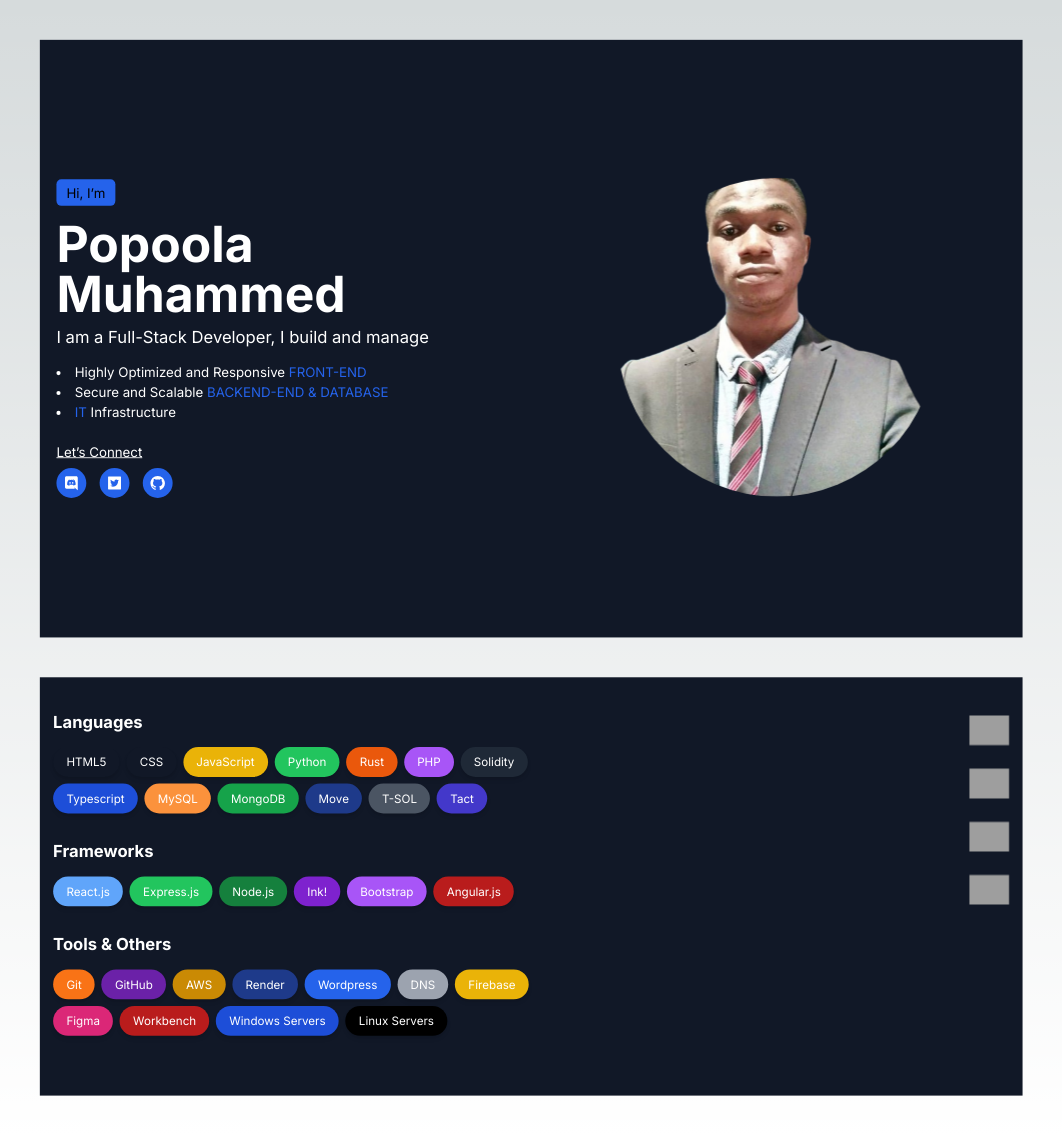
Repository: muhammedctgr/hammedctgr
Page: /
An editor plug-in stored every save of this project. The page is shown before and after the next save, followed by the edit.
The browser window is 1280 px wide. The pictures show the whole page, at 83% of full size.
Pictures or frames that could not be fetched are drawn as grey boxes. The project was rebuilt for these pictures with package versions that can differ from the ones it lists, and the page was loaded fresh each time. The framework's server and built-in components were replaced by stand-ins that run in the browser. Also part of the build but not shown: next.config.mjs.

Above is the page before, as saved 2024-07-31 11:31:14.

### app/layout.tsx
import type { Metadata } from "next";
import { Inter } from "next/font/google";
import "./globals.css";

const inter = Inter({ subsets: ["latin"] });

export const metadata: Metadata = {
  title: "Popoola Muhammed",
  description: "Generated by create next app",
};

export default function RootLayout({
  children,
}: Readonly<{
  children: React.ReactNode;
}>) {
  return (
    <html lang="en">
      <body className={inter.className}>{children}</body>
    </html>
  );
}

### app/page.tsx
import Head from 'next/head';
import Hero from '../components/Hero';
import SkillsSection from '@/components/SkillsSection';


const Home = () => (
  <div>
    <Head>
      <title>Popoola Muhammed</title>
      <meta name="description" content="Welcome to my developer portfolio" />
    </Head>

    <Hero />
    <SkillsSection />
  </div>
);

export default Home;

### app/globals.css
@tailwind base;
@tailwind components;
@tailwind utilities;

:root {
  --foreground-rgb: 0, 0, 0;
  --background-start-rgb: 214, 219, 220;
  --background-end-rgb: 255, 255, 255;
}

@media (prefers-color-scheme: dark) {
  :root {
    --foreground-rgb: 255, 255, 255;
    --background-start-rgb: 0, 0, 0;
    --background-end-rgb: 0, 0, 0;
  }
}

body {
  color: rgb(var(--foreground-rgb));
  background: linear-gradient(
      to bottom,
      transparent,
      rgb(var(--background-end-rgb))
    )
    rgb(var(--background-start-rgb));
}

@layer utilities {
  .text-balance {
    text-wrap: balance;
  }
}


@keyframes upDown {
  0%, 100% {
    transform: translateY(0);
  }
  50% {
    transform: translateY(-10px); /* Adjust the value as needed */
  }
}

.animate-upDown {
  animation: upDown 2s infinite ease-in-out; /* Adjust duration as needed */
}

### components/Hero.tsx
import Image from 'next/image';
import profilePic from '../public/profile.png';
import { AiFillDiscord, AiFillGithub, AiFillTwitterSquare, AiFillX } from 'react-icons/ai';

const Hero = () => {
  return (
    <section className="bg-gray-900 m-12 text-white min-h-screen flex items-center">
      <div className="container mx-auto flex flex-col md:flex-row items-center">
        <div className="flex-1 text-center md:text-left p-5">
          <div className="inline-block bg-blue-600 text-black py-1 px-3 mb-4 rounded-md">
            Hi, I’m
          </div>
          <h1 className="text-4xl md:text-6xl font-bold">Popoola Muhammed</h1>
          <p className="mt-2 text-lg md:text-xl">I am a Full-Stack Developer, I build and manage</p>
          <ul className="mt-4 list-disc list-inside">
            <li>Highly Optimized and Responsive <span className="text-blue-600">FRONT-END</span></li>
            <li>Secure and Scalable <span className="text-blue-600">BACKEND-END & DATABASE</span></li>
            <li><span className="text-blue-600">IT</span> Infrastructure</li>
          </ul>
          <div className="mt-6">
            <a href="#contact" className=" underline">Let’s Connect</a>
            <div className="mt-2 flex justify-center md:justify-start space-x-4">
              <a href="#" className="bg-blue-600 p-2 rounded-full">
                <AiFillDiscord size={20} />
              </a>
              <a href="#" className="bg-blue-600 p-2 rounded-full">
                <AiFillTwitterSquare size={20} />
              </a>
              <a href="#" className="bg-blue-600 p-2 rounded-full">
                <AiFillGithub size={20} />
              </a>
            </div>
          </div>
        </div>
        <div className="flex-1 p-5">
          <div className="relative w-48 h-48 mx-auto md:w-72 md:h-72 lg:w-96 lg:h-96">
            <Image src={profilePic} alt="Popoola Muhammed" layout="fill" className="rounded-full object-cover animate-upDown" />
          </div>
        </div>
      </div>
    </section>
  );
};

export default Hero;

### components/SkillsSection.tsx
import Image from 'next/image';
import { FC } from 'react';

interface SkillCategory {
  title: string;
  skills: { name: string; color: string }[];
}

const skills: SkillCategory[] = [
  {
    title: "Languages",
    skills: [
      { name: "HTML5", color: "red" },
      { name: "CSS", color: "bg-gray-900" },
      { name: "JavaScript", color: "bg-yellow-500" },
      { name: "Python", color: "bg-green-500" },
      { name: "Rust", color: "bg-orange-600" },
      { name: "PHP", color: "bg-purple-500" },
      { name: "Solidity", color: "bg-gray-800" },
      { name: "Typescript", color: "bg-blue-700" },
      { name: "MySQL", color: "bg-orange-400" },
      { name: "MongoDB", color: "bg-green-600" },
      { name: "Move", color: "bg-blue-900" },
      { name: "T-SOL", color: "bg-gray-600" },
      { name: "Tact", color: "bg-indigo-700" },
    ],
  },
  {
    title: "Frameworks",
    skills: [
      { name: "React.js", color: "bg-blue-400" },
      { name: "Express.js", color: "bg-green-500" },
      { name: "Node.js", color: "bg-green-700" },
      { name: "Ink!", color: "bg-purple-700" },
      { name: "Bootstrap", color: "bg-purple-500" },
      { name: "Angular.js", color: "bg-red-700" },
    ],
  },
  {
    title: "Tools & Others",
    skills: [
      { name: "Git", color: "bg-orange-500" },
      { name: "GitHub", color: "bg-purple-800" },
      { name: "AWS", color: "bg-yellow-600" },
      { name: "Render", color: "bg-blue-900" },
      { name: "Wordpress", color: "bg-blue-600" },
      { name: "DNS", color: "bg-gray-400" },
      { name: "Firebase", color: "bg-yellow-500" },
      { name: "Figma", color: "bg-pink-600" },
      { name: "Workbench", color: "bg-red-700" },
      { name: "Windows Servers", color: "bg-blue-700" },
      { name: "Linux Servers", color: "bg-black" },
    ],
  },
];

const icons = [
  "/icons/html5.svg", // Replace with your icon paths
  "/icons/css3.svg",
  "/icons/javascript.svg",
  "/icons/python.svg",
  // Add the rest of the icons as needed
];

const SkillsSection: FC = () => {
  return (
    <section className="py-10 m-12 bg-gray-900 text-white">
      <div className="container mx-auto px-4 flex flex-col md:flex-row">
        <div className="flex-1">
          {skills.map((category) => (
            <div key={category.title} className="mb-8">
              <h2 className="text-xl font-bold mb-4">{category.title}</h2>
              <div className="flex flex-wrap gap-2">
                {category.skills.map((skill) => (
                  <span
                    key={skill.name}
                    className={`px-4 py-2 rounded-full text-sm ${skill.color} shadow-md`}
                  >
                    {skill.name}
                  </span>
                ))}
              </div>
            </div>
          ))}
        </div>
        <div className="flex-1 flex flex-col items-center md:items-end">
          <div className="grid grid-cols-3 md:grid-cols-1 gap-4">
            {icons.map((src, index) => (
              <div key={index} className="w-12 h-12 relative">
                <Image src={src} alt={`icon-${index}`} layout="fill" objectFit="contain" />
              </div>
            ))}
          </div>
        </div>
      </div>
    </section>
  );
};

export default SkillsSection;

Loaded but not shown: tailwind.config.ts (common file)

After the next save:
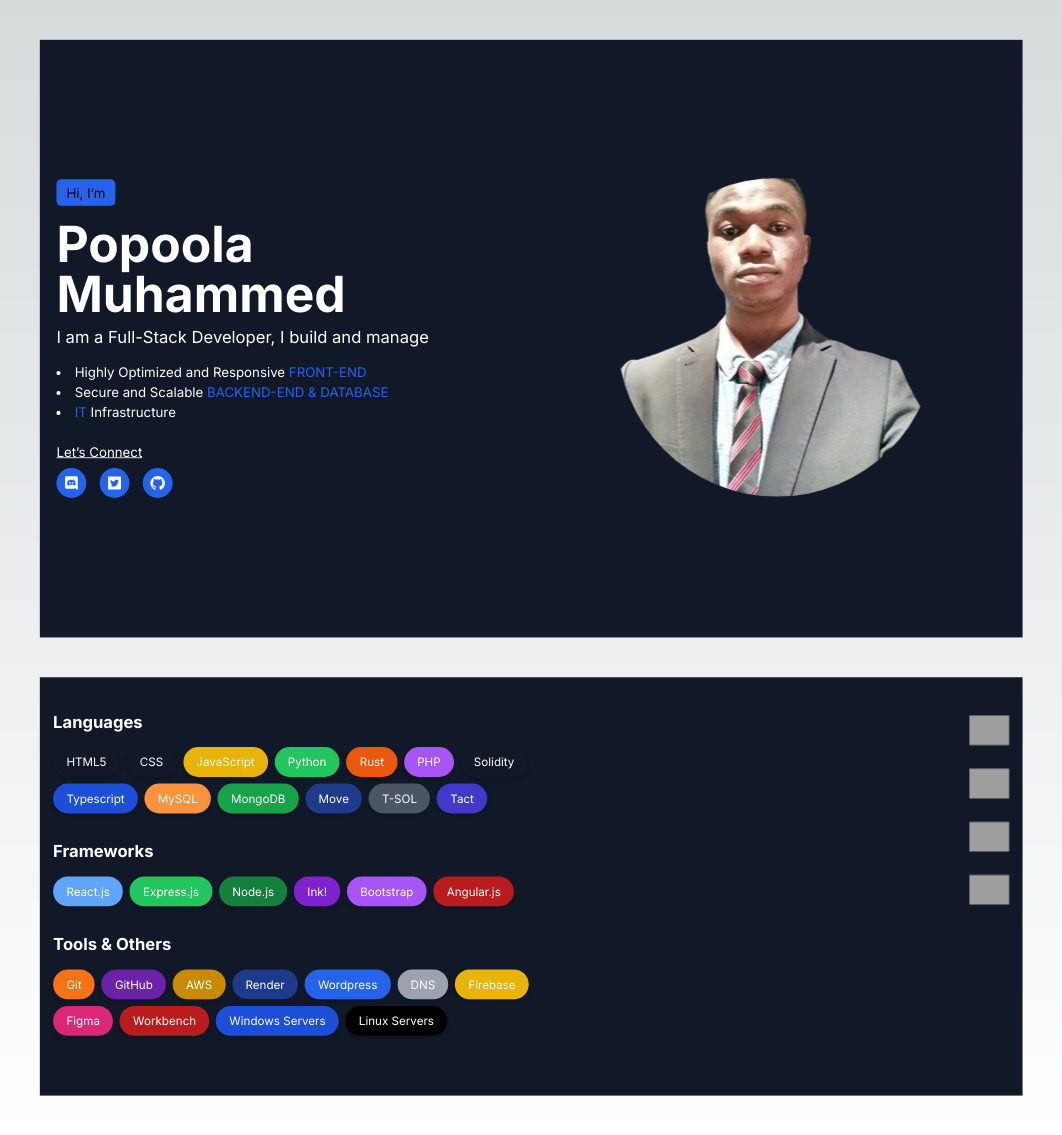
Saved 56 s later.
--- a/components/SkillsSection.tsx
+++ b/components/SkillsSection.tsx
@@ -16,7 +16,7 @@ const skills: SkillCategory[] = [
       { name: "Python", color: "bg-green-500" },
       { name: "Rust", color: "bg-orange-600" },
       { name: "PHP", color: "bg-purple-500" },
-      { name: "Solidity", color: "bg-gray-800" },
+      { name: "Solidity", color: "bg-gray-900" },
       { name: "Typescript", color: "bg-blue-700" },
       { name: "MySQL", color: "bg-orange-400" },
       { name: "MongoDB", color: "bg-green-600" },
